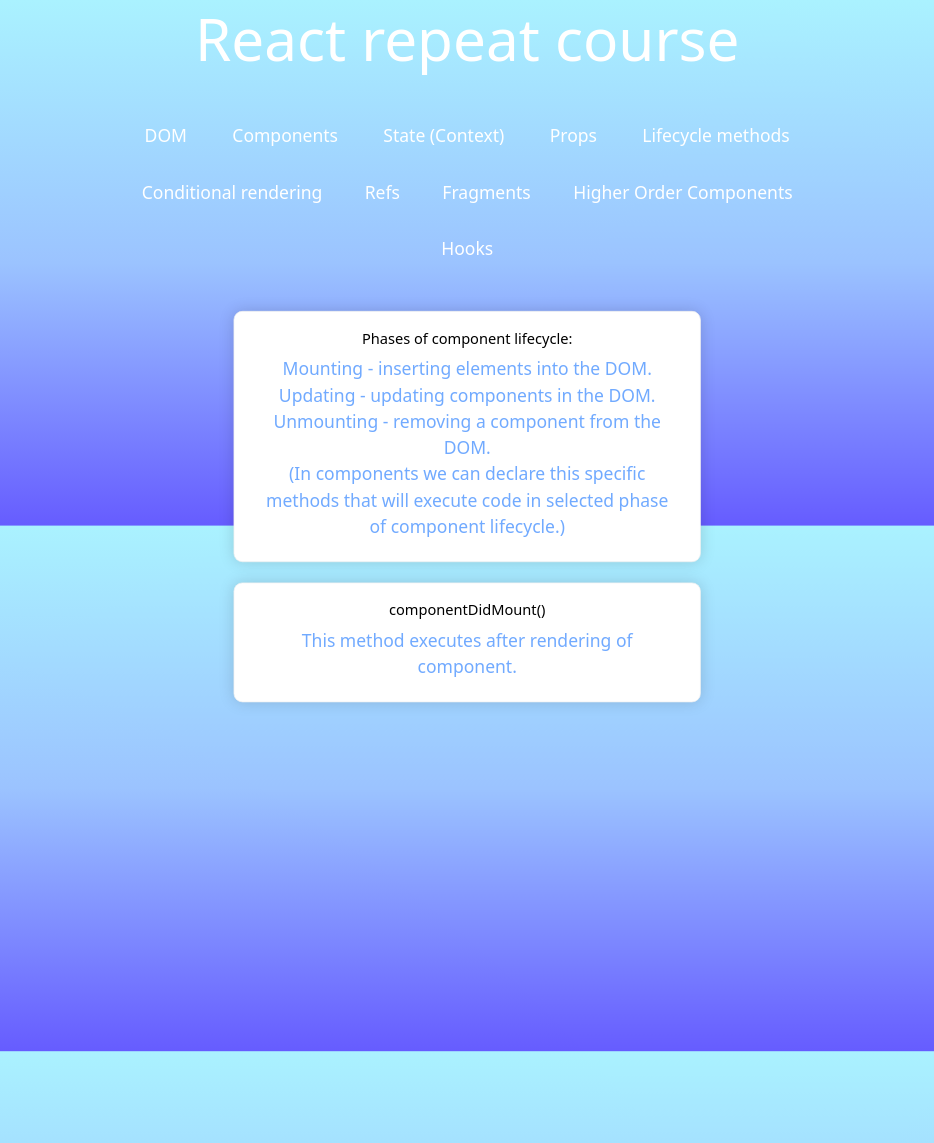
Repository: michalgornicki/github
Page: /#/Lifecycle
These files come from the project's save history. The page is drawn as it stood at one moment and after the next save; the edit follows.
The browser window is 1280 px wide. The pictures show the whole page, at 73% of full size.
Backgrounds fixed to the window are drawn as part of the page. The project was rebuilt for these pictures with package versions that can differ from the ones it lists, and the page was loaded fresh each time. Also part of the build but not shown: src/components/dom.jsx, src/components/components.jsx, src/components/state.jsx, src/components/props.jsx, src/components/conditional.jsx, src/components/refs.jsx, src/components/fragments.jsx, src/components/hoc.jsx and 1 more.

Above is the page before, as saved 2022-02-07 13:11:35.

### src/App.jsx
import React from "react";
import "./App.css";
import "bootstrap/dist/css/bootstrap.min.css";
import { Route, HashRouter as Router, Routes, Link } from "react-router-dom";
import DOM from "./components/dom.jsx";
import Components from "./components/components.jsx";
import State from "./components/state.jsx";
import Props from "./components/props.jsx";
import Lifecycle from "./components/lifecycle.jsx";
import Conditional from "./components/conditional.jsx";
import Refs from "./components/refs.jsx";
import Fragments from "./components/fragments.jsx";
import HOC from "./components/hoc.jsx";
import Hooks from "./components/hooks.jsx";

const App = () => {
  return (
    <Router>
      <div className="text-center">
        <div className="display-1 mt-1 mb-5 text-white">React repeat course</div>

        <div className="h4 d-flex w-75 m-auto my-5 justify-content-evenly flex-wrap text-white">
          <Link className="link-style m-3" to="/">
            DOM
          </Link>
          <Link className="link-style m-3" to="/Components">
            Components
          </Link>
          <Link className="link-style m-3" to="/State">
            State (Context)
          </Link>
          <Link className="link-style m-3" to="/Props">
            Props
          </Link>
          <Link className="link-style m-3" to="/Lifecycle">
            Lifecycle methods
          </Link>
          <Link className="link-style m-3" to="/Conditional">
            Conditional rendering
          </Link>
          <Link className="link-style m-3" to="/Refs">
            Refs
          </Link>
          <Link className="link-style m-3" to="/Fragments">
            Fragments
          </Link>
          <Link className="link-style m-3" to="/HOC">
            Higher Order Components
          </Link>
          <Link className="link-style m-3" to="/Hooks">
            Hooks
          </Link>
        </div>

        <Routes>
          <Route path="/" element={<DOM />} />
          <Route path="/Components" element={<Components />} />
          <Route path="/State" element={<State />} />
          <Route path="/Props" element={<Props />} />
          <Route path="/Lifecycle" element={<Lifecycle />} />
          <Route path="/Conditional" element={<Conditional />} />
          <Route path="/Refs" element={<Refs />} />
          <Route path="/Fragments" element={<Fragments />} />
          <Route path="/HOC" element={<HOC />} />
          <Route path="/Hooks" element={<Hooks />} />
        </Routes>
      </div>
    </Router>
  );
};

export default App;

### src/App.css
@import url('https://fonts.googleapis.com/css2?family=Catamaran:wght@400&display=swap');

body{
    font-family: 'Catamaran', sans-serif;
    overflow-x: hidden;
    padding-bottom: 80vh;
    height: auto;
    background: linear-gradient(rgb(170, 242, 255), rgb(155, 195, 255), rgb(102, 92, 255));
    background-attachment: fixed;
}

.js-item{
    color:rgb(0, 0, 0);
    font-size: 1.25rem;
    background-color: white;
    transition: 0.2s;
    padding: 3vh;
    margin-bottom: 4vh!important;
    border: 1px solid rgb(240, 240, 240);
    width: 50%;
    margin-left: auto;
    margin-right: auto;
    box-shadow: 0px 0px 20px rgba(0, 0, 0, 0.15);
    border-radius: 0.75rem;
}

.js-item:hover{
    cursor: pointer;
    background-color: rgb(240, 240, 240);
}

.text-color{
    margin: auto;
    padding: 0.5rem;
    width: fit-content;
    color:rgb(113, 170, 255)!important;
    font-size: 1.5rem;
    border-radius: 1rem;
}

.link-style{
    color: inherit;
    text-decoration: inherit;
    padding: 0.5rem;
    border-radius: 0.5rem;
}

.link-style:hover{
    color: rgb(113, 170, 255);
    text-decoration: inherit;
}

@media only screen and (max-device-width: 600px), (max-width: 600px) {

    .js-item{
        width: 95%;
    }

}

### src/components/lifecycle.jsx
const Lifecycle = () => {
  return (
    <div className="">
      <div className="js-item">
        {" "}
        <div className="">Phases of component lifecycle: </div>
        <div className="text-color">
          {`Mounting - inserting elements into the DOM.`} <br />
          {`Updating - updating components in the DOM.`} <br />
          {`Unmounting - removing a component from the DOM.`}{" "} <br />
          (In components we can declare this specific methods that will execute code in selected phase of component lifecycle.)
        </div>{" "}
      </div>
      <div className="js-item">
        {" "}
        <div className="">componentDidMount() </div>
        <div className="text-color">
          {`This method executes after rendering of component.`} <br />
        </div>{" "}
      </div>
    </div>
  );
};

export default Lifecycle;

Loaded but not shown: public/index.html (common file); src/index.js (common file); src/index.css (common file); src/reportWebVitals.js (common file)

After the next save:
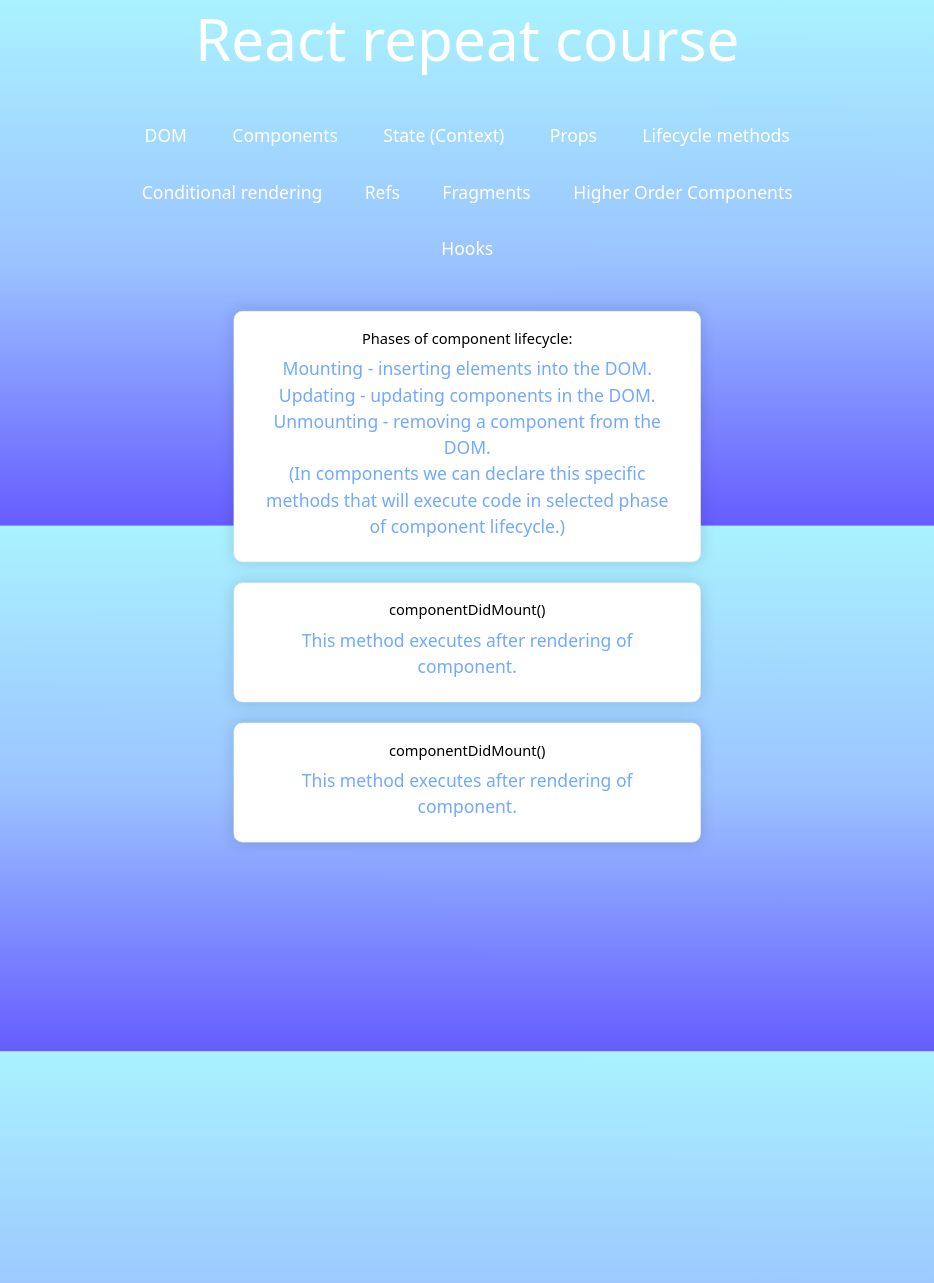
Saved 6 s later.
--- a/src/components/lifecycle.jsx
+++ b/src/components/lifecycle.jsx
@@ -18,6 +18,13 @@
           {`This method executes after rendering of component.`} <br />
         </div>{" "}
       </div>
+      <div className="js-item">
+        {" "}
+        <div className="">componentDidMount() </div>
+        <div className="text-color">
+          {`This method executes after rendering of component.`} <br />
+        </div>{" "}
+      </div>
     </div>
   );
 };
